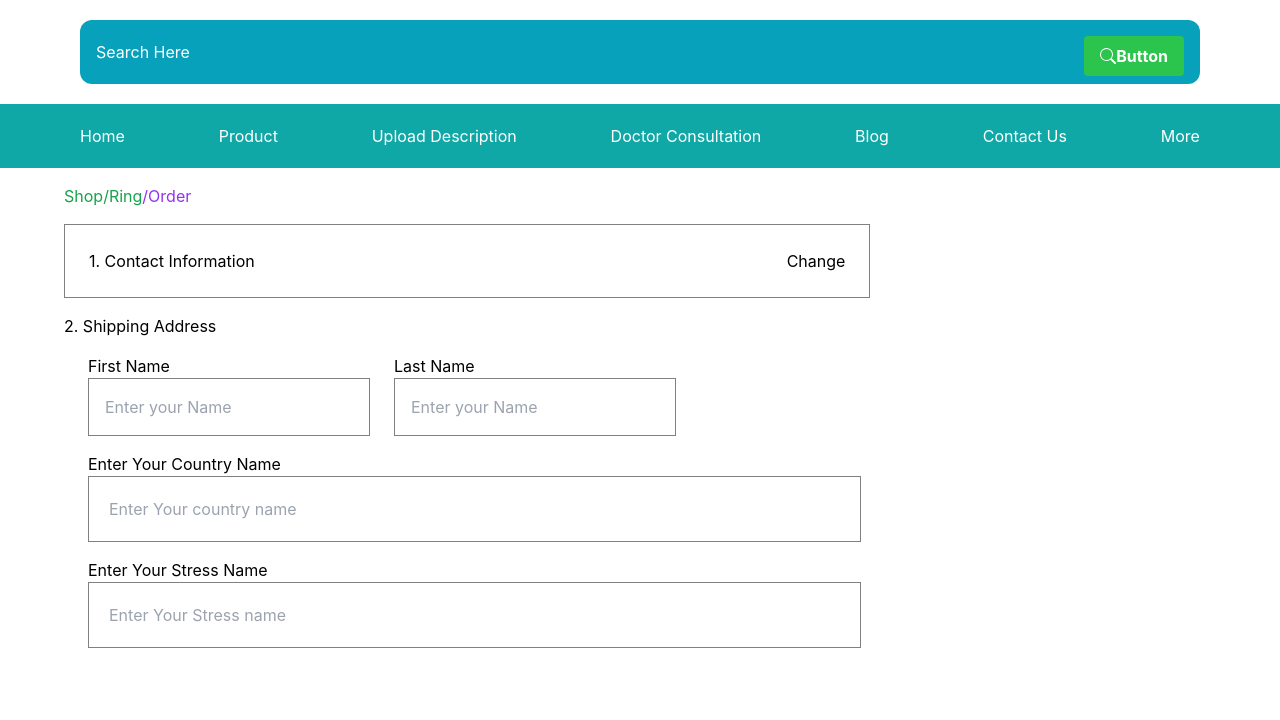
Repository: arafatmollah/form-pharma
Page: /
These files come from the project's save history. The page is drawn as it stood at one moment and after the next save; the edit follows.
The browser window is 1280 px wide. The pictures show the whole page.
The project was rebuilt for these pictures with package versions that can differ from the ones it lists, and the page was loaded fresh each time.

Above is the page before, as saved 2023-03-14 23:55:18.

### src/index.js


import React from 'react';
import ReactDOM from 'react-dom/client';
import './index.css';
import App from './App';
import reportWebVitals from './reportWebVitals';

const root = ReactDOM.createRoot(document.getElementById('root'));
root.render(
  <React.StrictMode>
    <App />
  </React.StrictMode>
);

// If you want to start measuring performance in your app, pass a function
// to log results (for example: reportWebVitals(console.log))
// or send to an analytics endpoint. Learn more: https://bit.ly/CRA-vitals
reportWebVitals();

### src/App.js

import './App.css';
import Nav from './Nav';
import Form from './Form';

function App() {
  return (
    <div className="App">
     <Nav></Nav>
     <Form></Form>
    </div>
  );
}

export default App;

### src/App.css
.box-border{
  background-color: #08A1BC;
}
.btn {
  @apply font-bold py-2 px-4 rounded;
  background-color: #2BC44C;
  color: white;
}
.btn-blue {
  @apply bg-blue-500 text-white;
}
.btn-blue:hover {
  @apply bg-blue-700;
}
.nav{
  background-color: #0FA8A6;
}
.info{
  width: 70%;
  border: 1px solid gray;
}
.input{
  border: 1px solid gray;
}
.an{
  width: 70%;
}

### src/Nav.js
import React from 'react'
import './App.css';
import { BsSearch } from 'react-icons/bs';

function Nav() {
  return (
    <div>
        <div className='box-border h-16 w-100 p-4 mx-20 my-5 rounded-xl'>
          <div className='flex justify-between align-middle'>
                <p className='text-white mt-1'>Search Here</p>
                <button className="btn mb-1 py-2 flex items-center justify-between"><BsSearch></BsSearch> Button</button>
          </div>
        </div>
        <div className='box-border h-16 w-100 nav'>
            <div className='flex mx-20 items-center justify-between text-white'>
            <div className='mt-5'>Home</div>
            <div className='mt-5'> Product</div>
            <div className='mt-5'>Upload Description</div>
            <div className='mt-5'>Doctor Consultation</div>
            <div className='mt-5'>Blog</div>
            <div className='mt-5'>Contact Us</div>
            <div className='mt-5'>More</div>
            </div>
        </div>
    </div>
  )
}

export default Nav

### src/Form.js
import React from 'react'

function form() {
  return (
    <div>
        <div className='mx-16'>
            <div className='flex my-4'>
                <p className='text-green-600'>Shop</p>
                <p className='text-green-600'> /Ring</p>
                <p className='text-purple-600'>/Order</p>
            </div>
            <div>
            <div className='info p-6 flex justify-between'>
              <p>1. Contact Information</p>
              <p>Change </p>
            </div>
            <div className='my-4'>
              <p>2. Shipping Address</p>
              <form className='my-4'>
               <div className='flex'>
               <div className='mx-6'>
                <label>First Name</label> <br></br>
                <input className='input p-4' type='text' placeholder="Enter your Name"></input>
                </div>
                <div>
                <label>Last Name</label> <br></br>
                <input className='input p-4' type='text' placeholder="Enter your Name"></input>
                </div>
               </div>
               <div className='my-4 mx-6'>
                <label>Enter Your Country Name</label><br></br>
                <input className='an input p-5' type='text' placeholder='Enter Your country name'></input>
               </div>
               <div className='my-4 mx-6'>
                <label>Enter Your Stress Name</label><br></br>
                <input className='an input p-5' type='text' placeholder='Enter Your Stress name'></input>
               </div>
              </form>
            </div>
            </div>
        </div>
    </div>
  )
}

export default form

Loaded but not shown: public/index.html (common file); src/index.css (common file); src/reportWebVitals.js (common file); tailwind.config.js (common file)

After the next save:
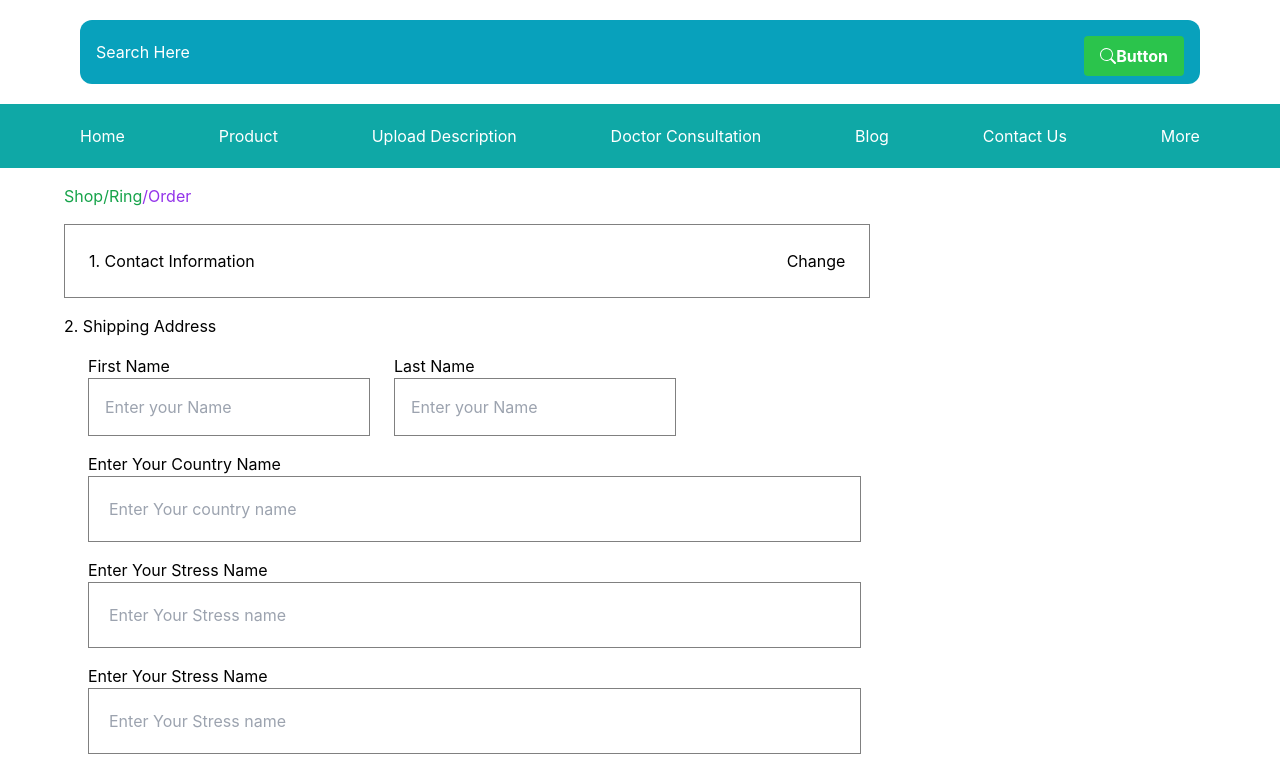
Saved 72 s later.
--- a/src/Form.js
+++ b/src/Form.js
@@ -35,6 +35,10 @@ function form() {
                 <label>Enter Your Stress Name</label><br></br>
                 <input className='an input p-5' type='text' placeholder='Enter Your Stress name'></input>
                </div>
+               <div className='my-4 mx-6'>
+                <label>Enter Your Stress Name</label><br></br>
+                <input className='an input p-5' type='text' placeholder='Enter Your Stress name'></input>
+               </div>
               </form>
             </div>
             </div>
